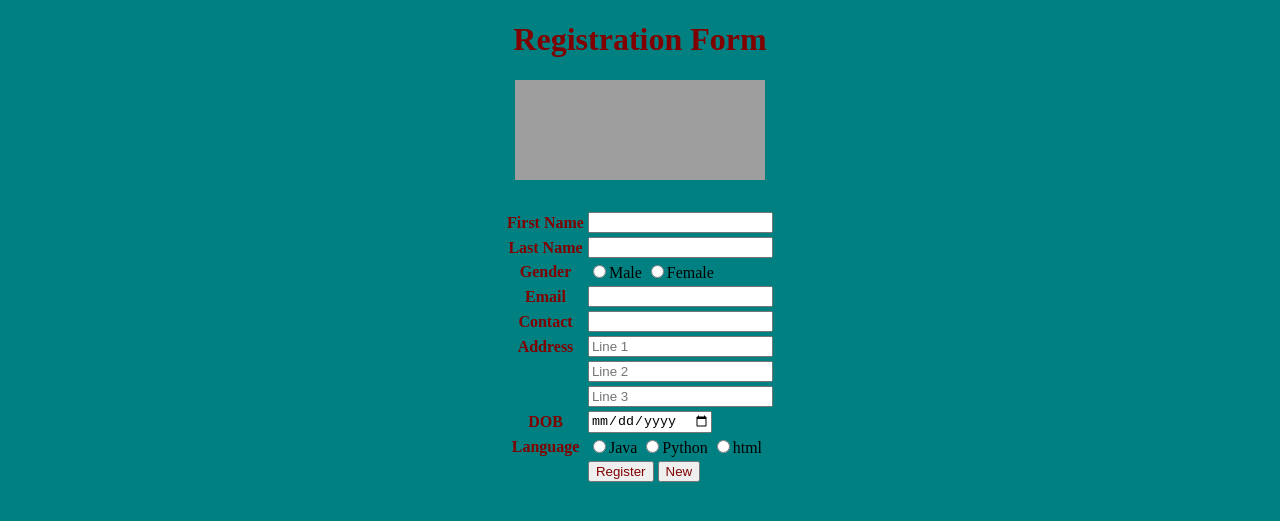
Repository: raviraj226/AdvanceJava
Page: http://localhost/Ravi_Maven/RegistrationForm.jsp
These files come from the project's save history. The page is drawn as it stood at one moment and after the next save; the edit follows.
The browser window is 1280 px wide. The pictures show the whole page.
Pictures or frames that could not be fetched are drawn as grey boxes. The page is served by Tomcat 9.

Above is the page before, as saved 2022-03-12 07:15:52.

After the next save:
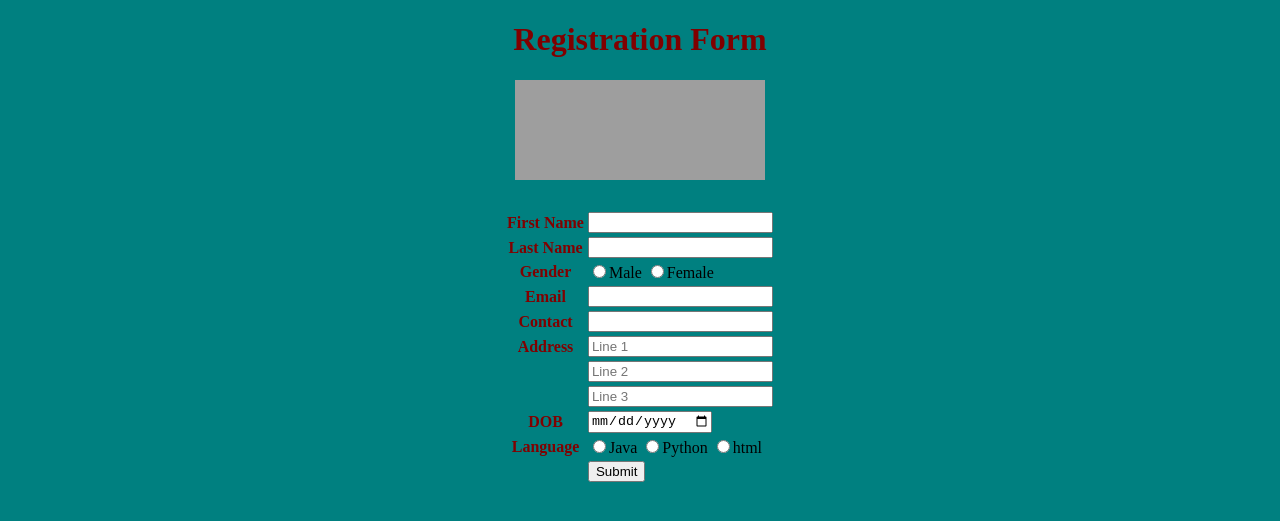
Saved 3 min 7 s later.
--- a/Advance Java/Ravi_Maven/src/main/webapp/RegistrationForm.jsp
+++ b/Advance Java/Ravi_Maven/src/main/webapp/RegistrationForm.jsp
@@ -63,9 +63,7 @@
 			</tr>
 			<tr>
 				<th></th>
-				<td><input type="submit" value="Register"
-					style="color: maroon;"> <input type="button" value="New"
-					style="color: maroon;"></td>
+				<td><input type="SUBMIT" name="USER" value="Submit"></input></td>
 			</tr>
 		</table>
 	</form>
